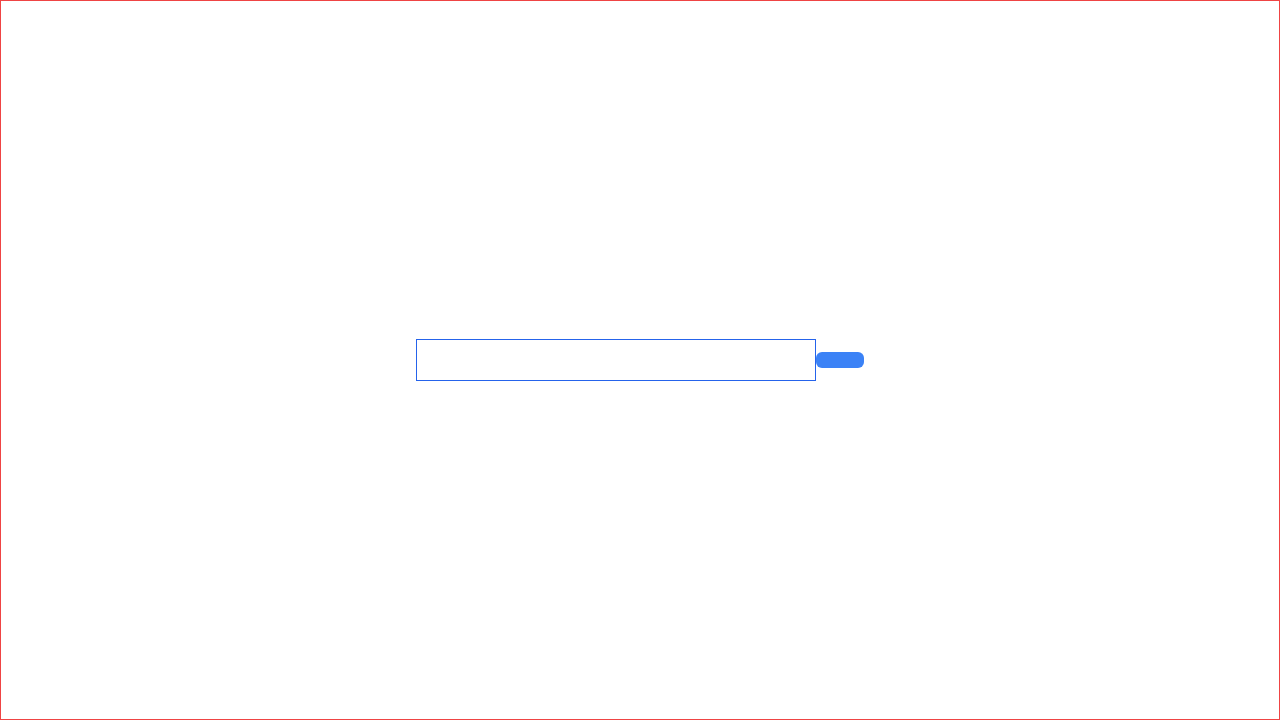
Repository: HoaHoang25092001/TODOLIST_MP3
Page: /
The author's editor kept a copy of each file at every save. The page is drawn from the files as they stood at one save, then again after the next save.
The browser window is 1280 px wide. The pictures show the whole page.
The project was rebuilt for these pictures with package versions that can differ from the ones it lists, and the page was loaded fresh each time.

Above is the page before, as saved 2023-05-07 16:40:43.

### src/App.js
function App() {
  return (
    <div className="App">
    <div className="flex h-screen items-center border border-red-500 justify-center">
      <input
      type="text"
      className="outline-none border border-blue-600 px-4 py-2 w-[400px]"
      />
      <button
      type="button"
      className="outline-none px-6 py-2 bg-blue-500 rounded-md text-white"
      >
      </button>
    </div>
    </div>
  );
}

export default App;

### tailwind.config.js
/** @type {import('tailwindcss').Config} */
module.exports = {
  content: ["./src/**/*.{html,js}", "./public/index.html"],
  theme: {
    extend: {},
  },
  plugins: [],
}

Loaded but not shown: public/index.html (common file); src/index.js (common file); src/index.css (common file); src/reportWebVitals.js (common file)

After the next save:
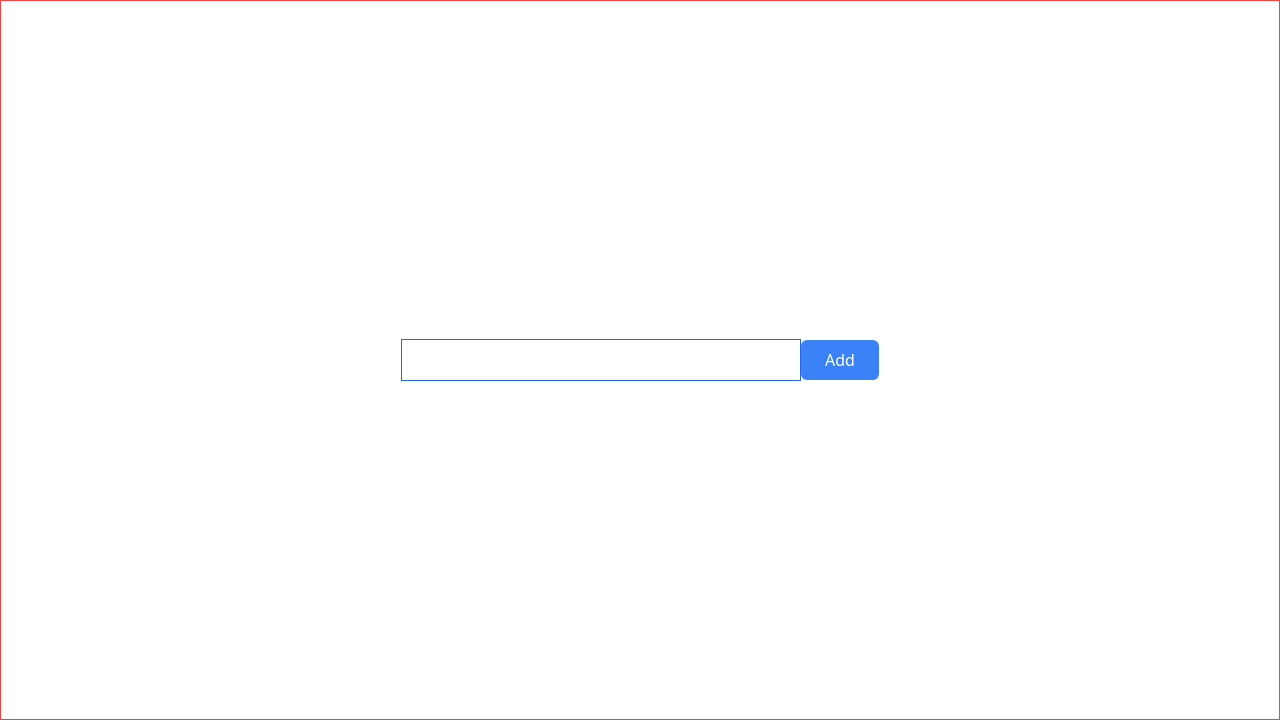
Saved 8 s later.
--- a/src/App.js
+++ b/src/App.js
@@ -10,6 +10,7 @@ function App() {
       type="button"
       className="outline-none px-6 py-2 bg-blue-500 rounded-md text-white"
       >
+      Add
       </button>
     </div>
     </div>
